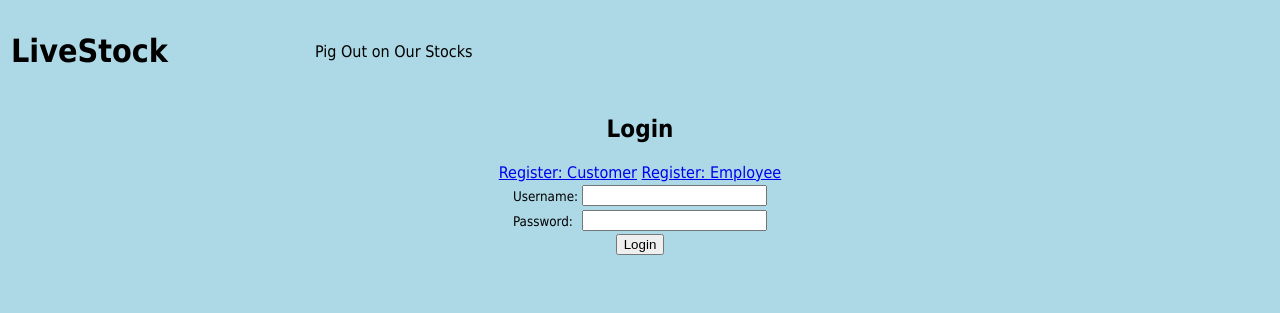
Repository: yastapova/live-stock
Page: LiveStockSite/WebContent/WEB-INF/index.html
These files come from the project's save history. The page is drawn as it stood at one moment and after the next save; the edit follows.
The browser window is 1280 px wide. The pictures show the whole page.

Above is the page before, as saved 2016-04-15 22:02:56.

### LiveStockSite/WebContent/WEB-INF/index.html
<!DOCTYPE html>
<html>
<head>
	<meta charset="ISO-8859-1">
	<title>LiveStock Trading</title>
	<style>
		body {
			background-color: lightblue;
			font-family: Tahoma;
		}
		.formlabel {
			font-size: 10pt;
		}
	</style>
</head>
<body>
	<div class="header">
	<table>
		<tr>
			<td width='300px'><h1>LiveStock</h1></td>
			<td width='300px'><p>Pig Out on Our Stocks</p></td>
		</tr>
	</table>
	</div>

	<div class="body" align="center">
		<h2>Login</h2>
		<a href="register_cus.html">Register: Customer</a>
		<a href="register_emp.html">Register: Employee</a>
		<form>
			<table>
				<tr>
					<td><span class="formlabel">Username:</span></td>
					<td><input id="usrn" name="username" type="text" /></td>
				</tr>
				<tr>
					<td><span class="formlabel">Password:</span></td>
					<td><input id="pw" name="password" type="password" /></td>
				</tr>
			</table>
			<input type="submit" value="Login">
		</form>
	</div>

	<div class="footer">
	</div>
</body>
</html>

After the next save:
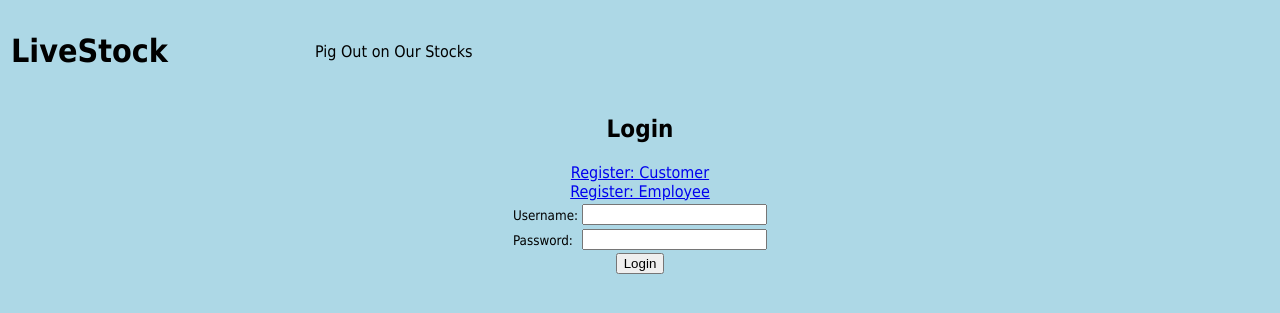
Saved 8 s later.
--- a/LiveStockSite/WebContent/WEB-INF/index.html
+++ b/LiveStockSite/WebContent/WEB-INF/index.html
@@ -25,7 +25,7 @@
 
 	<div class="body" align="center">
 		<h2>Login</h2>
-		<a href="register_cus.html">Register: Customer</a>
+		<a href="register_cus.html">Register: Customer</a> <br />
 		<a href="register_emp.html">Register: Employee</a>
 		<form>
 			<table>
